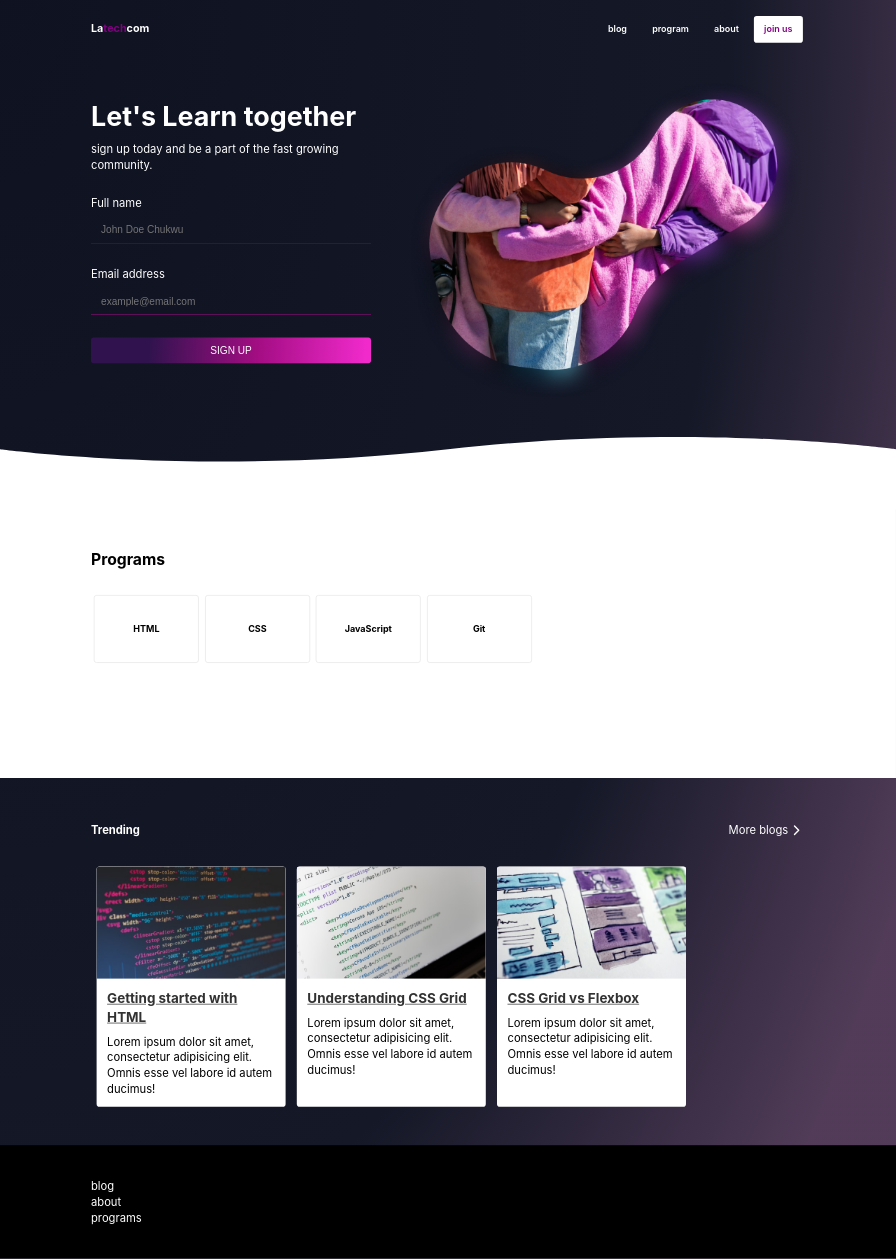
Repository: giprim/community
Page: /
The author's editor kept a copy of each file at every save. The page is drawn from the files as they stood at one save, then again after the next save.
The browser window is 1280 px wide. The pictures show the whole page, at 70% of full size.
The project was rebuilt for these pictures with package versions that can differ from the ones it lists, and the page was loaded fresh each time. Also part of the build but not shown: src/App.css.

Above is the page before, as saved 2020-10-25 23:17:51.

After the next save:
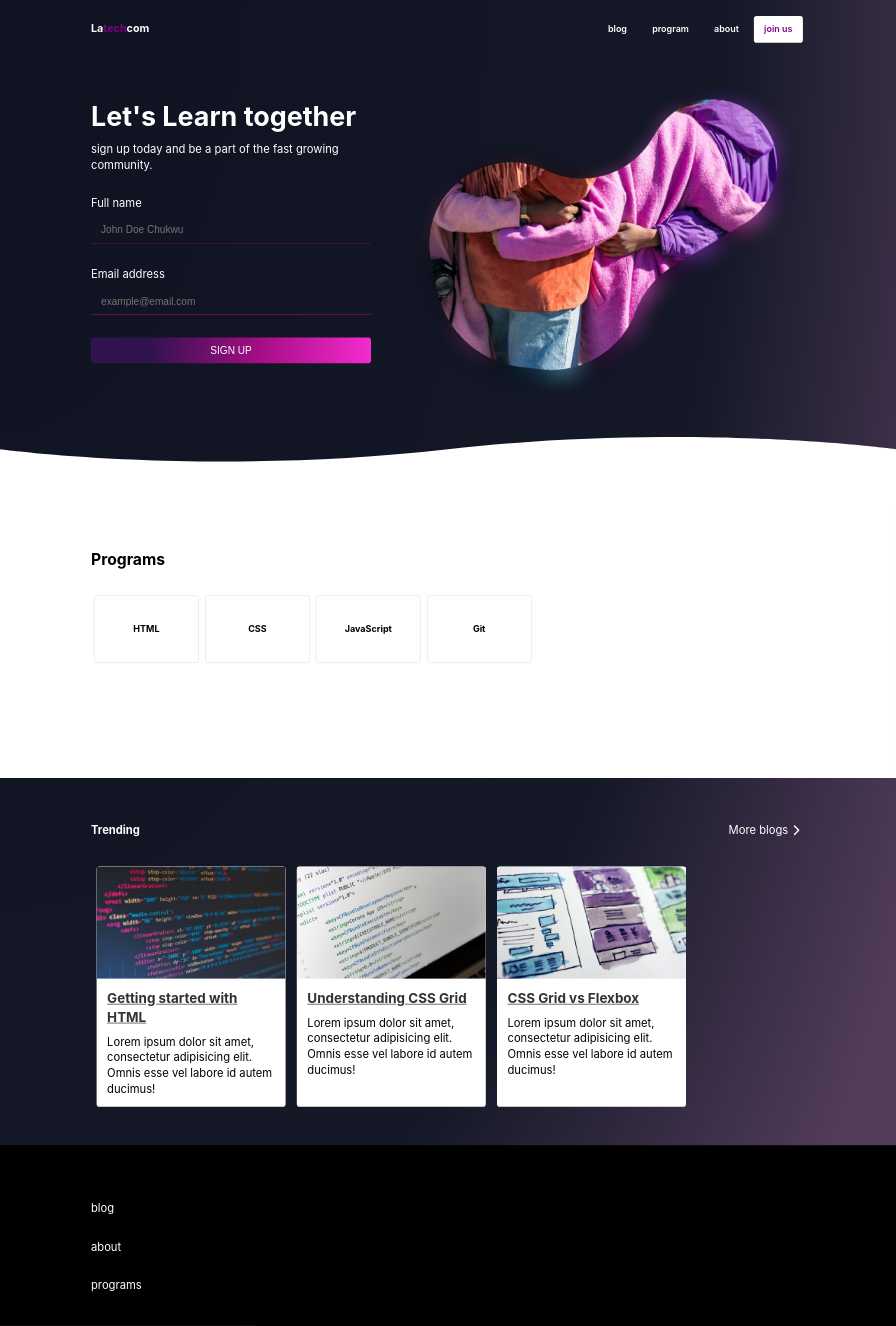
Saved 23 s later.
--- a/src/components/Footer.tsx
+++ b/src/components/Footer.tsx
@@ -36,11 +36,13 @@ const StyledFooter = styled('div')`
 
   ul {
     list-style: none;
+    li {
+      padding-top: 2em;
+    }
   }
 
   a {
     text-decoration: none;
-    padding-top: 2em;
     :hover {
       text-decoration: underline;
     }
